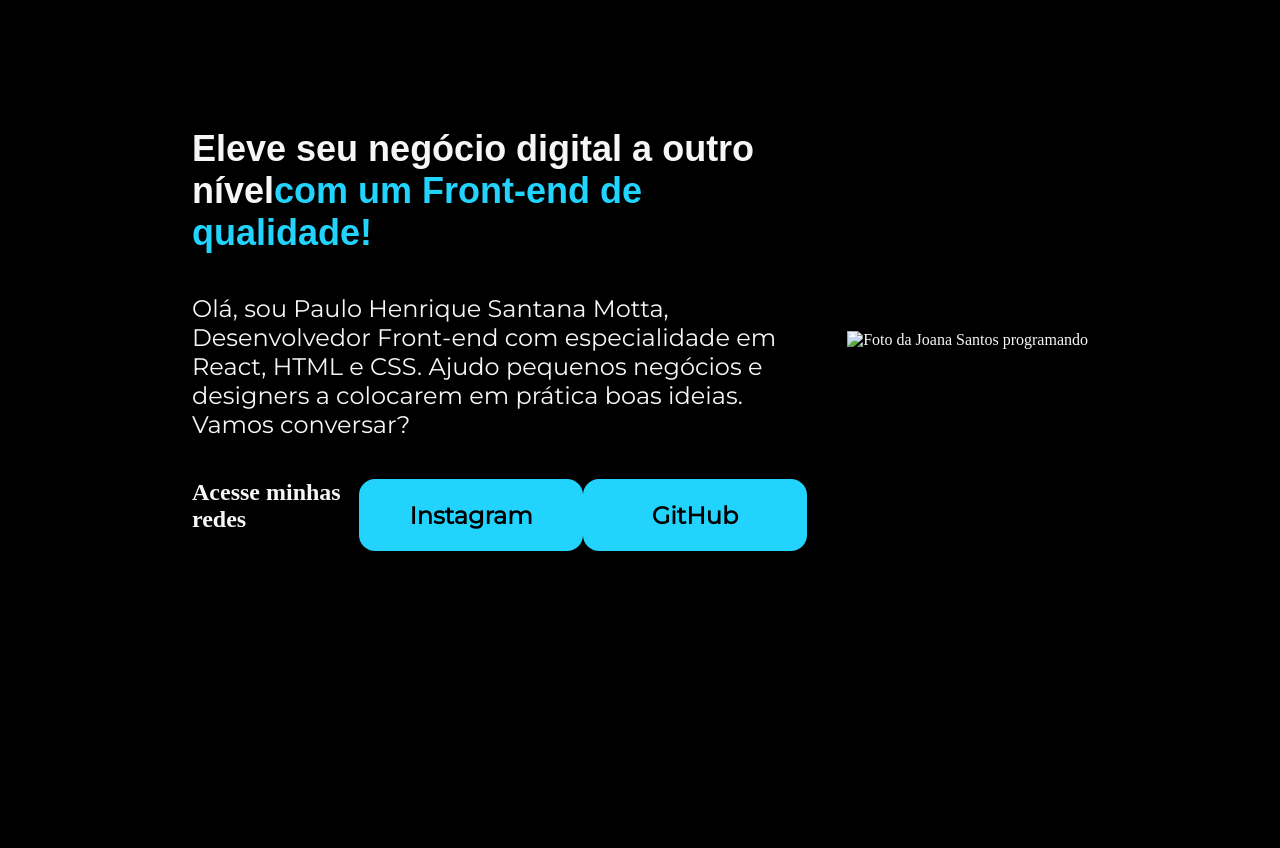
Repository: phsmottanerd/projeto-portfolio-alura
Page: index.html
An editor plug-in stored every save of this project. The page is shown before and after the next save, followed by the edit.
The browser window is 1280 px wide. The pictures show the whole page.
Some web fonts or font styles are not loaded; a fallback is used.

Above is the page before, as saved 2025-01-25 03:21:45.
Not found: imagem.png

After the next save:
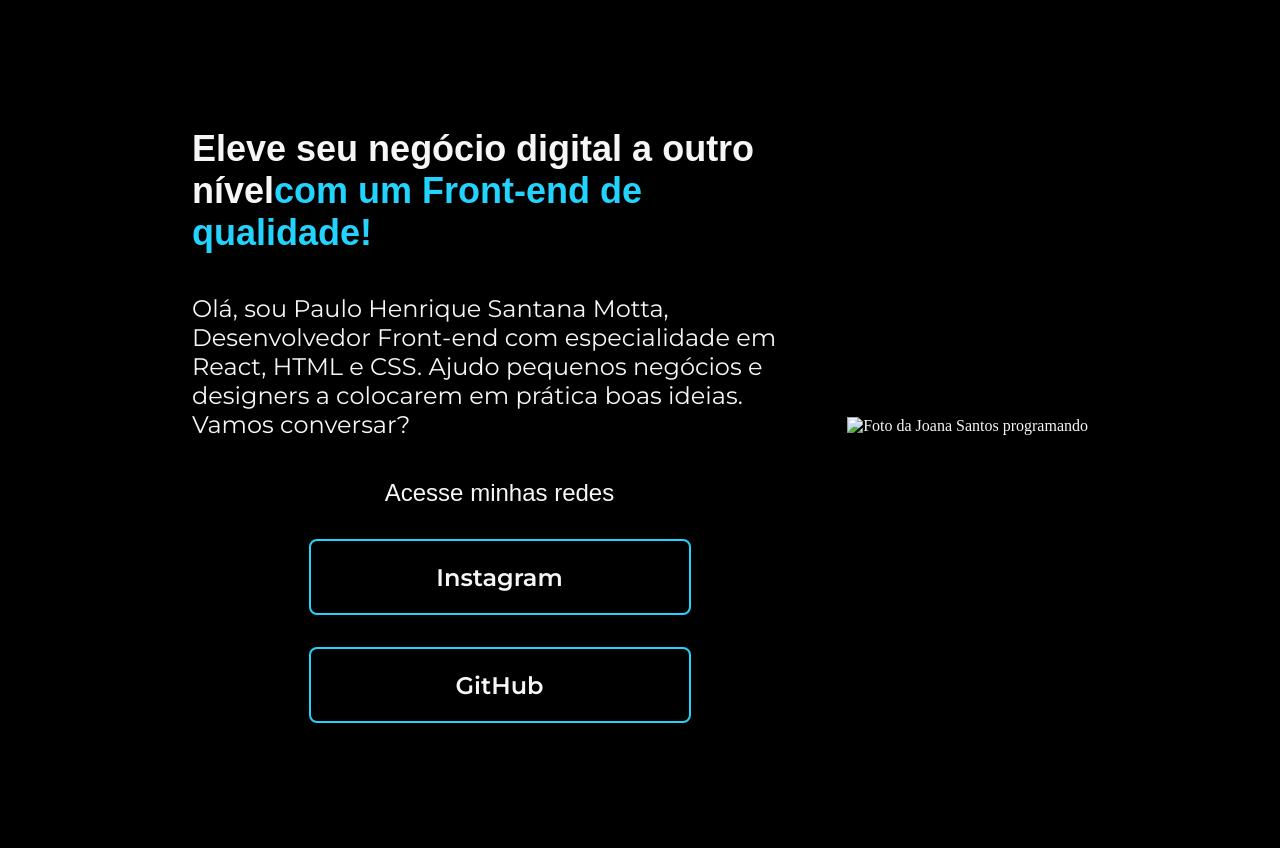
Saved 27 s later.
--- a/style.css
+++ b/style.css
@@ -1,59 +1,66 @@
-@import url("https://fonts.googleapis.com/css2?family=Krona+One&family=Montserrat&display=swap");
+@import url('https://fonts.googleapis.com/css2?family=Krona+One&family=Montserrat:wght@400;600&display=swap');
 
-* {
-  margin: 0;
-  padding: 0;
-  box-sizing: border-box;
+*{
+    margin: 0;
+    padding: 0;
 }
 
-body {
-  height: 100vh;
-  background-color: black;
-  color: #f6f6f6;
+body{
+    height: 100vh;
+    box-sizing: border-box;
+    background-color: #000000;
+    color: #F6F6F6;
 }
 
-.titulo-destaque {
-  color: #22d4fd;
+.titulo-destaque{
+    color: #22D4FD;
 }
 
-.apresentacao {
-  margin: 10% 15%;
-  display: flex;
-  align-items: center;
-  justify-content: space-between;
+.apresentacao{
+    margin: 10% 15%;
+    display: flex;
+    align-items: center;
+    justify-content: space-between;
+}
+.apresentacao__conteudo{
+    width: 615px;
+    display: flex;
+    flex-direction: column;
+    gap: 40px;
 }
 
-.apresentacao__conteudo {
-  width: 615px;
-  display: flex;
-  flex-direction: column;
-  gap: 40px;
+.apresentacao__conteudo__titulo{
+    font-size: 36px;
+    font-family: 'Krona One', sans-serif;
 }
 
-.apresentacao__conteudo__titulo {
-  font-size: 36px;
-  font-family: "Krona One", sans-serif;
+.apresentacao__conteudo__texto{
+    font-size: 24px;
+    font-family: 'Montserrat', sans-serif;
 }
 
-.apresentacao__conteudo__texto {
-  font-size: 24px;
-  font-family: "Montserrat", sans-serif;
+.apresentacao__links{
+    display: flex;
+    flex-direction: column;
+    justify-content: space-between;
+    align-items: center;
+    gap: 32px;
 }
-
-.apresentacao__links {
-  display: flex;
-  justify-content: space-between;
+.apresentacao__links__subtitulo{
+    font-family: 'Krona One', sans-serif;
+    font-weight: 400;
+    font-size: 24px;
 }
-
-.apresentacao__links__link {
-  background-color: #22d4fd;
-  width: 280px;
-  text-align: center;
-  border-radius: 16px;
-  font-size: 24px;
-  font-weight: 600;
-  padding: 21.5px 0;
-  text-decoration: none;
-  color: #000000;
-  font-family: "Montserrat", sans-serif;
+.apresentacao__links__link{
+    /* background-color: #22D4FD; */
+    border: 2px solid #22D4FD;
+    width: 378px;
+    text-align: center;
+    border-radius: 8px;
+    font-size: 24px;
+    font-weight: 600;
+    padding: 21.5px 0;
+    text-decoration: none;
+    color: #F6F6F6;
+    font-family: 'Montserrat', sans-serif;
 }
